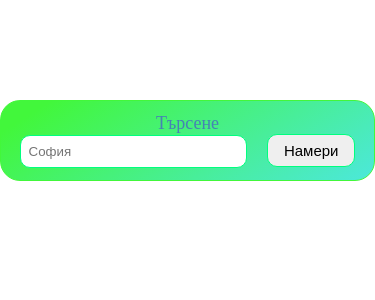
Repository: GeryZlatev/address-search
Page: /
These files come from the project's save history. The page is drawn as it stood at one moment and after the next save; the edit follows.
The browser window is 375 px wide. The pictures show the whole page.
The project was rebuilt for these pictures with package versions that can differ from the ones it lists, and the page was loaded fresh each time.

Above is the page before, as saved 2021-04-09 20:24:33.

### public/index.html
<!DOCTYPE html>
<html lang="en">
  <head>
    <meta charset="utf-8" />
    <link rel="icon" href="%PUBLIC_URL%/favicon.ico" />
    <meta name="viewport" content="width=device-width, initial-scale=1" />
    <meta name="viewport" content="width=device-width, initial-scale=1.0">
    <meta name="theme-color" content="#000000" />
    <meta
      name="description"
      content="Web site created using create-react-app"
    />
    <link rel="apple-touch-icon" href="%PUBLIC_URL%/logo192.png" />
    <!--
      manifest.json provides metadata used when your web app is installed on a
      user's mobile device or desktop. See https://developers.google.com/web/fundamentals/web-app-manifest/
    -->
    <link rel="manifest" href="%PUBLIC_URL%/manifest.json" />
    <!--
      Notice the use of %PUBLIC_URL% in the tags above.
      It will be replaced with the URL of the `public` folder during the build.
      Only files inside the `public` folder can be referenced from the HTML.

      Unlike "/favicon.ico" or "favicon.ico", "%PUBLIC_URL%/favicon.ico" will
      work correctly both with client-side routing and a non-root public URL.
      Learn how to configure a non-root public URL by running `npm run build`.
    -->
    <title>React App</title>
  </head>
  <body>
    <noscript>You need to enable JavaScript to run this app.</noscript>
    <div id="root"></div>
    <!--
      This HTML file is a template.
      If you open it directly in the browser, you will see an empty page.

      You can add webfonts, meta tags, or analytics to this file.
      The build step will place the bundled scripts into the <body> tag.

      To begin the development, run `npm start` or `yarn start`.
      To create a production bundle, use `npm run build` or `yarn build`.
    -->
  </body>
</html>

### src/index.css
body {
margin: 100px auto;
}

code {
  font-family: source-code-pro, Menlo, Monaco, Consolas, 'Courier New',
    monospace;
}

### src/App.js

import './App.css';
import SearchBar from './components/SearchBar';

function App() {
  return (
    <div className="App">
      <SearchBar/>
    </div>
  );
}

export default App;

### src/components/SearchBar/SearchBar.js
import style from './SearchBar.module.css';

const SearchBar = () => {

    return (
        <div className={style["searchbar-wrapper"]}>
            <form className={style["search-form"]}>
                <label htmlFor="search">
                    Търсене
                </label>
                    <input
                    type="text"
                    autoComplete="true"
                    placeholder="София"
                    name="search"
                    id="search"
                    />

                <input
                    type="submit"
                    value="Намери"
                />
            </form>
        </div>
    )

}

export default SearchBar;

### src/components/SearchBar/SearchBar.module.css
.searchbar-wrapper {
    max-width: 80%;
    margin: 40px auto;
    padding: 12px;
    /* display: flex;
    justify-content: space-between; */
    background: rgb(66,247,59);
    background: linear-gradient(148deg, rgba(66,247,59,1) 10%, rgba(76,232,217,1) 99%);
    border: 1px solid #42f73b;
    border-radius: 20px;

}

.search-form {
    max-width: 100%;
}

.search-form label {
    min-width: 600px;
    margin: 20px;
    font-size: large;
    font-weight: 400;
    cursor: pointer;
    color: steelblue;

}

.search-form input[type="text"] {
    min-width: 30%;
    width: 60%;
    min-height: 10%;
    margin-right: 20px;
    padding: 8px;
    outline:springgreen;
    border: 1px solid springgreen;
    border-radius: 10px;
}

.search-form input[type="submit"] {
    font-size: 15px;
    font-weight: 100;
    padding: 7px 16px;
    border: 1px solid springgreen;
    border-radius: 10px;
    cursor: pointer;
}

@media only screen and (max-width:620px) {
    .searchbar-wrapper {
        max-width: 100%;
    }
}

Loaded but not shown: src/index.js (common file); src/reportWebVitals.js (common file); src/App.css (common file); src/components/SearchBar/index.js (common file)

After the next save:
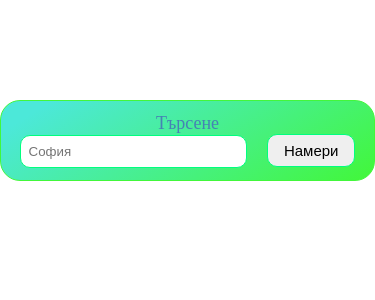
Saved 85 s later.
--- a/src/components/SearchBar/SearchBar.module.css
+++ b/src/components/SearchBar/SearchBar.module.css
@@ -48,5 +48,7 @@
 @media only screen and (max-width:620px) {
     .searchbar-wrapper {
         max-width: 100%;
+    background: rgb(66,247,59);
+    background: linear-gradient(148deg, rgba(76,232,217,1) 10%, rgba(66,247,59,1) 99%);
     }
 }
